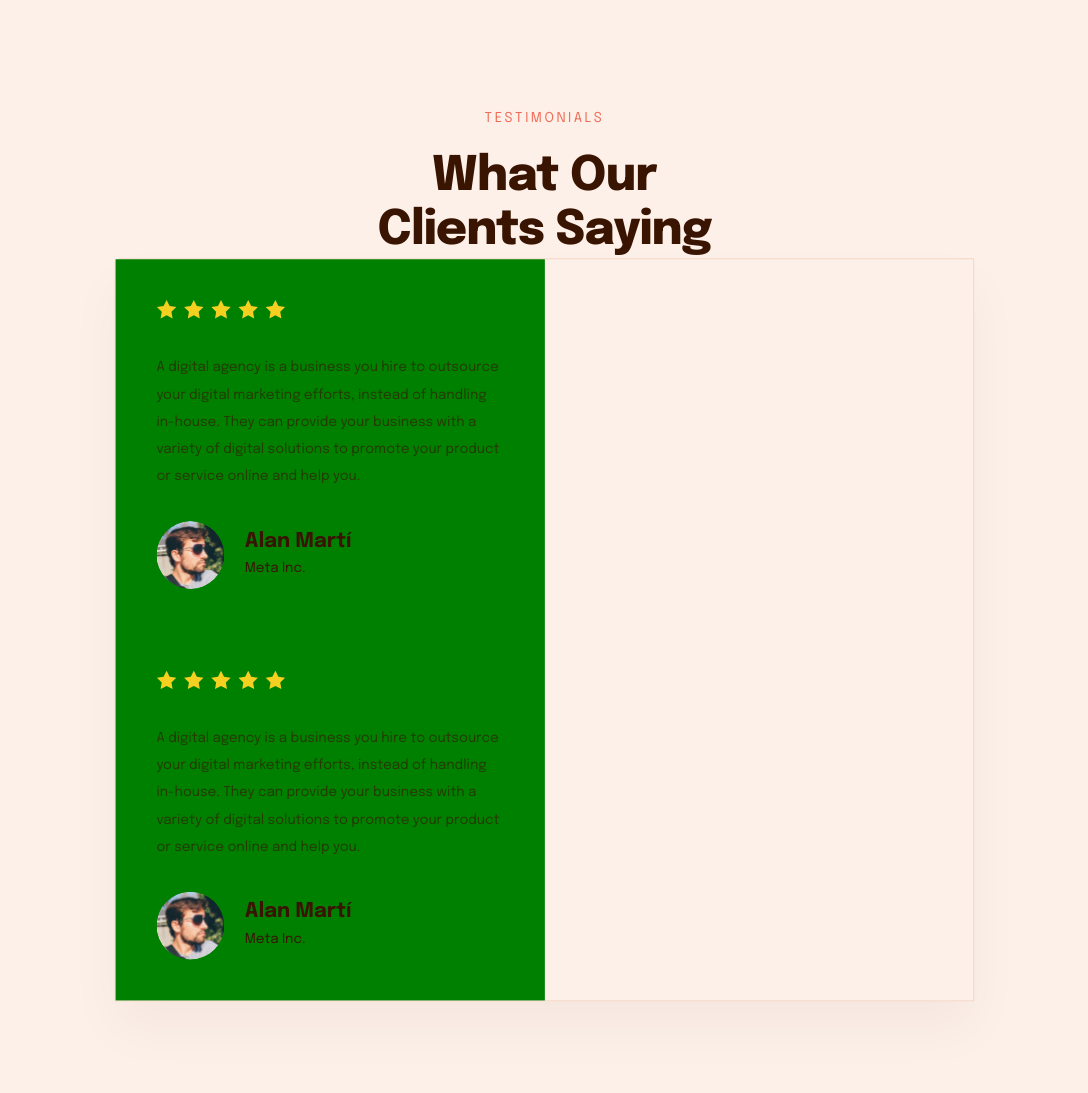
Repository: simralgasimov/task
Page: index.html
The author's editor kept a copy of each file at every save. The page is drawn from the files as they stood at one save, then again after a run of saves.
The browser window is 1280 px wide. The pictures show the whole page, at 85% of full size.

Above is the page before, as saved 2023-09-06 13:46:12.

### index.html
<!DOCTYPE html>
<html lang="en">

<head>
  <meta charset="UTF-8" />
  <meta name="viewport" content="width=device-width, initial-scale=1.0" />
  <title>Document</title>
  <link rel="stylesheet" href="index.css" />
</head>

<body>
  <div class="container">
    <h1>Testimonials</h1>
    <h2> What Our <br /> Clients Saying </h2>
    <div class="comment">
      <div class="left-box">
        <div class="box">
          <img class="star-img" src="./img/star.svg" alt="" />
          <p> A digital agency is a business you hire to outsource your digital marketing efforts, instead of handling
            in-house. They can provide your business with a variety of digital solutions to promote your product or
            service online and help you. </p>
          <div class="user">
            <img src="./img/Oval.svg" alt="">
            <div class="user-info">
              <h3>Alan Martí</h3>
              <p>Meta Inc.</p>
            </div>
          </div>
        </div>
        <div class="box">

            <img class="star-img" src="./img/star.svg" alt="" />
            <p> A digital agency is a business you hire to outsource your digital marketing efforts, instead of handling
              in-house. They can provide your business with a variety of digital solutions to promote your product or
              service online and help you. </p>
            <div class="user">
              <img src="./img/Oval.svg" alt="">
              <div class="user-info">
                <h3>Alan Martí</h3>
                <p>Meta Inc.</p>
              </div>
            </div>

        </div>
      </div>
      <div class="right-box"></div>
    </div>
</body>

</html>

### index.css
@import url("https://fonts.googleapis.com/css2?family=Epilogue:wght@400;700;800;900&display=swap");

* {
  margin: 0;
  padding: 0;
  box-sizing: border-box;
}

.container {
  background: #fdf0e9;
  padding: 124px 134px 108px 135px;
}

.container h1 {
  color: var(--Text_Dark_Accent, #ef6d58);
  text-align: center;
  font-feature-settings: "clig" off, "liga" off;
  font-family: Epilogue;
  font-size: 16px;
  font-style: normal;
  font-weight: 400;
  line-height: 32px;
  letter-spacing: 3px;
  text-transform: uppercase;
}

.container h2 {
  margin-top: 20px;
  color: var(--Text_Dark, #391400);
  text-align: center;
  font-feature-settings: "clig" off, "liga" off;
  font-family: Epilogue;
  font-size: 56px;
  font-style: normal;
  font-weight: 800;
  line-height: 64px;
  letter-spacing: -1px;
}

.container .comment {


  border-radius: 6px 0px 0px 0px;
  border: 1px solid #f3d1bf;
  box-shadow: 0px 32px 64px 0px rgba(57, 20, 0, 0.04);
}
.container .comment .left-box,
.container .comment .right-box {
  width: 50%;
}
.left-box {
  background-color: green;
}
.container .comment .box {
  padding: 48px;
}
.container .comment .box .star-img{
    margin-bottom: 36px;
}


.container .comment .box p {
  color: var(--Text_Dark_Gray, rgba(57, 20, 0, 0.64));
  font-feature-settings: "clig" off, "liga" off;
  font-family: Epilogue;
  font-size: 16px;
  font-style: normal;
  font-weight: 400;
  line-height: 32px;
}
.container .comment .box .user {
    margin-top: 36px;
    display: flex;
    align-items: center;
  }

  .container .comment .box .user img {
    width: 80px;
    height: 80px;
    margin-right: 24px;
    border-radius: 50%;
}
  .container .comment .box .user  .user-info h3{
    color: var(--Text_Dark, #391400);
    font-feature-settings: 'clig' off, 'liga' off;
    font-family: Epilogue;
    font-size: 24px;
    font-style: normal;
    font-weight: 700;
    line-height: 32px;
  }
  .container .comment .box .user  .user-info p{
    color: var(--Text_Dark, #391400);
    font-feature-settings: 'clig' off, 'liga' off;
    font-family: Epilogue;
    font-size: 16px;
    font-style: normal;
    font-weight: 400;
    line-height: 32px;
}

After the next 2 saves:
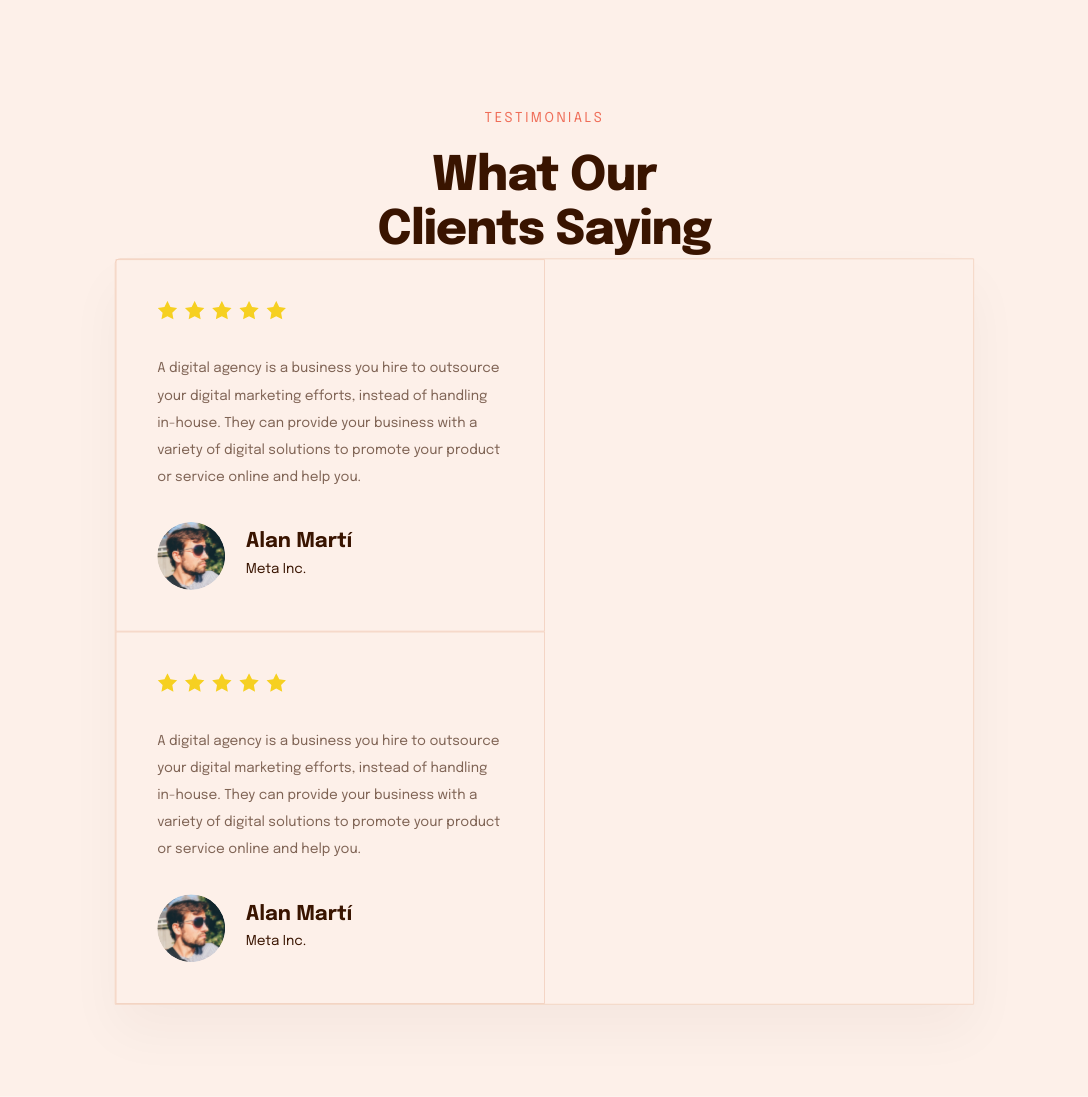
The 2 saves are shown as one change because they came seconds apart.
The last was saved 30 s later.
--- a/index.css
+++ b/index.css
@@ -49,10 +49,10 @@
   width: 50%;
 }
 .left-box {
-  background-color: green;
 }
 .container .comment .box {
   padding: 48px;
+  border: 1px solid #F3D1BF;
 }
 .container .comment .box .star-img{
     margin-bottom: 36px;
